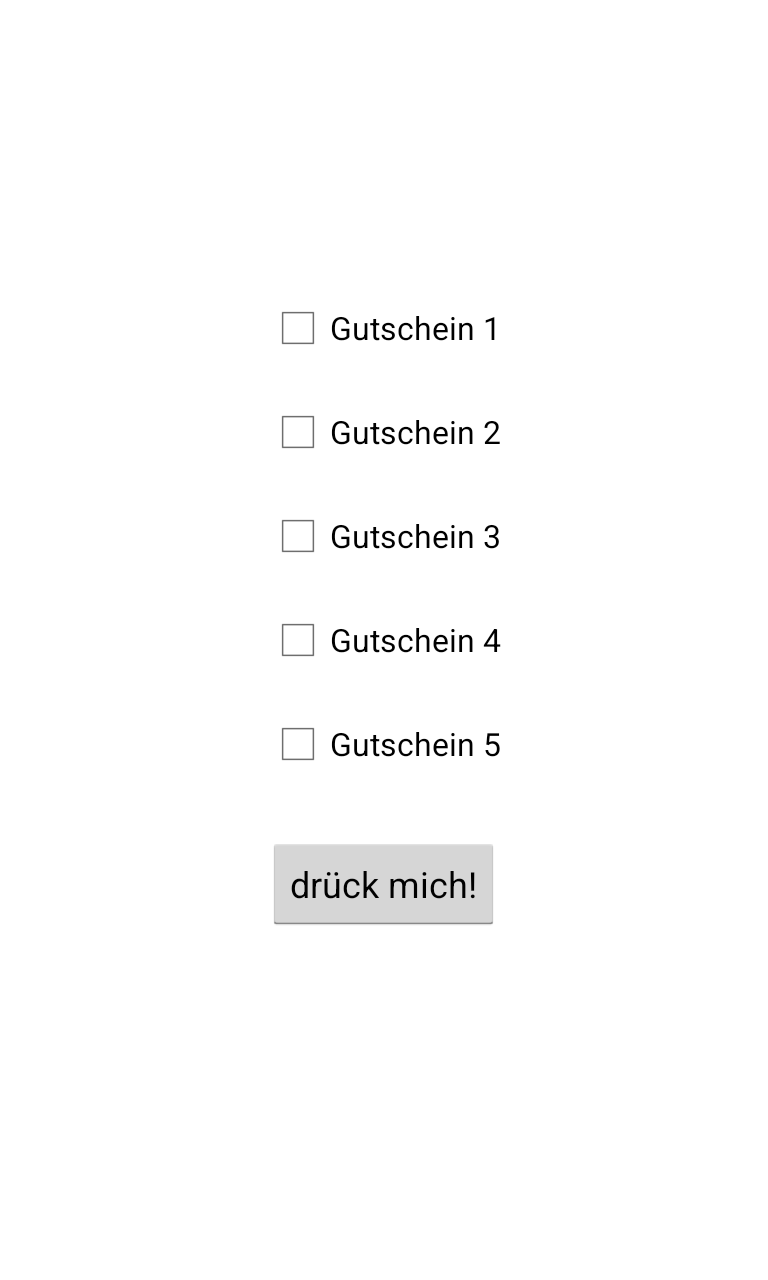
Repository: flashback2k12/ChristmasPresent
Layout: ChristmasPresent/res/layout/activity_checkbox.xml
An editor plug-in stored every save of this project. The layout is shown before and after the next save, followed by the edit.
It is drawn on a 768 x 1280 px phone screen (xhdpi) without system bars, with theme AppTheme; the app's code is not run.

Above is the layout before, as saved 2012-12-17 22:06:45.

### ChristmasPresent/res/layout/activity_checkbox.xml
<?xml version="1.0" encoding="utf-8"?>
<RelativeLayout xmlns:android="http://schemas.android.com/apk/res/android"
    android:layout_width="match_parent"
    android:layout_height="match_parent">

    <CheckBox
        android:id="@+id/checkBox1"
        android:layout_width="wrap_content"
        android:layout_height="wrap_content"
        android:layout_above="@+id/checkBox2"
        android:layout_centerHorizontal="true"
        android:layout_marginBottom="20dp"
        android:text="@string/checkbox1" />

    <CheckBox
        android:id="@+id/checkBox2"
        android:layout_width="wrap_content"
        android:layout_height="wrap_content"
        android:layout_above="@+id/checkBox3"
        android:layout_alignLeft="@+id/checkBox1"
        android:layout_marginBottom="20dp"
        android:text="@string/checkbox2" />

    <CheckBox
        android:id="@+id/checkBox3"
        android:layout_width="wrap_content"
        android:layout_height="wrap_content"
        android:layout_above="@+id/checkBox4"
        android:layout_alignLeft="@+id/checkBox2"
        android:layout_marginBottom="20dp"
        android:text="@string/checkbox3" />

    <CheckBox
        android:id="@+id/checkBox4"
        android:layout_width="wrap_content"
        android:layout_height="wrap_content"
        android:layout_alignLeft="@+id/checkBox3"
        android:layout_centerVertical="true"
        android:text="@string/checkbox4" />

    <CheckBox
        android:id="@+id/checkBox5"
        android:layout_width="wrap_content"
        android:layout_height="wrap_content"
        android:layout_alignLeft="@+id/checkBox4"
        android:layout_below="@+id/checkBox4"
        android:layout_marginTop="20dp"
        android:text="@string/checkbox5" />

    <Button
        android:id="@+id/button1ChB"
        android:layout_width="wrap_content"
        android:layout_height="wrap_content"
        android:layout_below="@+id/checkBox5"
        android:layout_centerHorizontal="true"
        android:layout_marginTop="30dp"
        android:text="@string/button_first_act" />

</RelativeLayout>

### ChristmasPresent/res/values/strings.xml
<?xml version="1.0" encoding="utf-8"?>
<resources>

    <string name="app_name">Weihnachtsgeschenk</string>
    <string name="hello_schatz_z1">Ich wünsche dir alles liebe zum Weihnachtsfest mein Schatz. :-* </string>
    <string name="hello_schatz_z2">Ich hoffe, dass dir die nächsten Punkte gefallen werden!!! :-)</string><string name="menu_settings">Menü</string>
    <string name="title_activity_main">Weihnachtsgeschenk</string>
    <string name="button_first_act">drück mich!</string>
    <string name="checkbox1">Gutschein 1</string>
    <string name="checkbox2">Gutschein 2</string>
    <string name="checkbox3">Gutschein 3</string>
    <string name="checkbox4">Gutschein 4</string>
    <string name="checkbox5">Gutschein 5</string>

</resources>

Loaded but not shown: ChristmasPresent/res/values-v11/styles.xml (common file); ChristmasPresent/res/values-v14/styles.xml (common file); ChristmasPresent/res/values/styles.xml (common file)

After the next save:
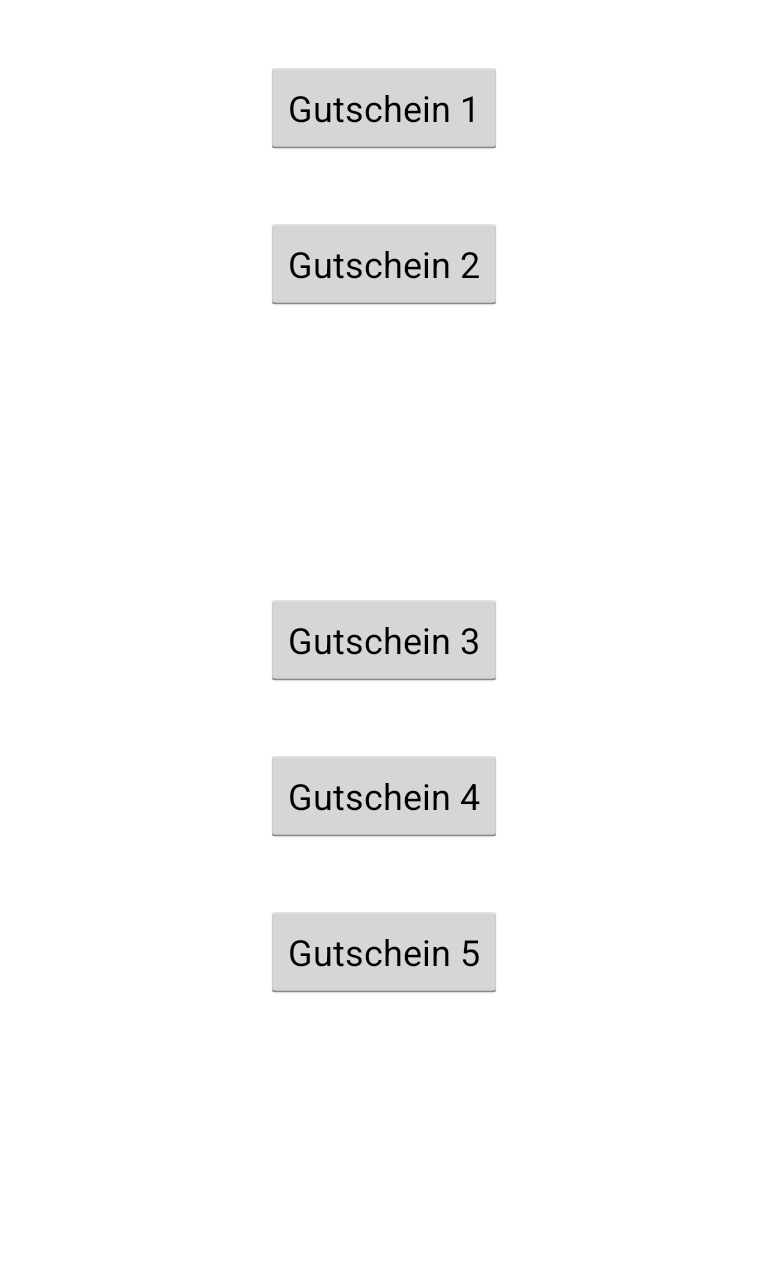
Saved 3 min 38 s later.
--- a/ChristmasPresent/res/layout/activity_checkbox.xml
+++ b/ChristmasPresent/res/layout/activity_checkbox.xml
@@ -3,57 +3,49 @@
     android:layout_width="match_parent"
     android:layout_height="match_parent">
 
-    <CheckBox
-        android:id="@+id/checkBox1"
+    <Button
+        android:id="@+id/button1"
         android:layout_width="wrap_content"
         android:layout_height="wrap_content"
-        android:layout_above="@+id/checkBox2"
+        android:layout_alignParentTop="true"
         android:layout_centerHorizontal="true"
-        android:layout_marginBottom="20dp"
+        android:layout_marginTop="30dp"
         android:text="@string/checkbox1" />
 
-    <CheckBox
-        android:id="@+id/checkBox2"
+    <Button
+        android:id="@+id/Button01"
         android:layout_width="wrap_content"
         android:layout_height="wrap_content"
-        android:layout_above="@+id/checkBox3"
-        android:layout_alignLeft="@+id/checkBox1"
-        android:layout_marginBottom="20dp"
+        android:layout_alignLeft="@+id/button1"
+        android:layout_below="@+id/button1"
+        android:layout_marginTop="30dp"
         android:text="@string/checkbox2" />
 
-    <CheckBox
-        android:id="@+id/checkBox3"
+    <Button
+        android:id="@+id/Button02"
         android:layout_width="wrap_content"
         android:layout_height="wrap_content"
-        android:layout_above="@+id/checkBox4"
-        android:layout_alignLeft="@+id/checkBox2"
-        android:layout_marginBottom="20dp"
+        android:layout_alignLeft="@+id/Button01"
+        android:layout_centerVertical="true"
+        android:layout_marginTop="30dp"
         android:text="@string/checkbox3" />
 
-    <CheckBox
-        android:id="@+id/checkBox4"
+    <Button
+        android:id="@+id/Button03"
         android:layout_width="wrap_content"
         android:layout_height="wrap_content"
-        android:layout_alignLeft="@+id/checkBox3"
-        android:layout_centerVertical="true"
+        android:layout_alignLeft="@+id/Button02"
+        android:layout_below="@+id/Button02"
+        android:layout_marginTop="30dp"
         android:text="@string/checkbox4" />
 
-    <CheckBox
-        android:id="@+id/checkBox5"
+    <Button
+        android:id="@+id/Button04"
         android:layout_width="wrap_content"
         android:layout_height="wrap_content"
-        android:layout_alignLeft="@+id/checkBox4"
-        android:layout_below="@+id/checkBox4"
-        android:layout_marginTop="20dp"
+        android:layout_alignLeft="@+id/Button03"
+        android:layout_below="@+id/Button03"
+        android:layout_marginTop="30dp"
         android:text="@string/checkbox5" />
 
-    <Button
-        android:id="@+id/button1ChB"
-        android:layout_width="wrap_content"
-        android:layout_height="wrap_content"
-        android:layout_below="@+id/checkBox5"
-        android:layout_centerHorizontal="true"
-        android:layout_marginTop="30dp"
-        android:text="@string/button_first_act" />
-
 </RelativeLayout>
